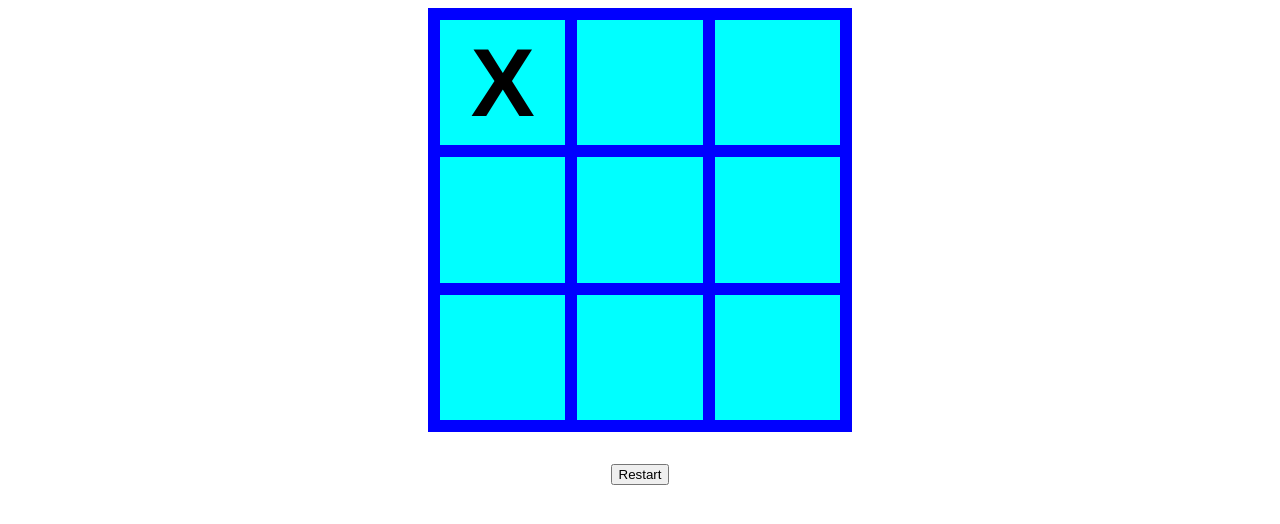
Repository: yeetzpxoci/tic-tac-toe
Page: index.html
An editor plug-in stored every save of this project. The page is shown before and after a run of saves, followed by the edit.
The browser window is 1280 px wide. The pictures show the whole page.
After loading, the first visible `div.square` was clicked once.

Above is the page before, as saved 2023-02-23 18:15:36.

After the next 2 saves:
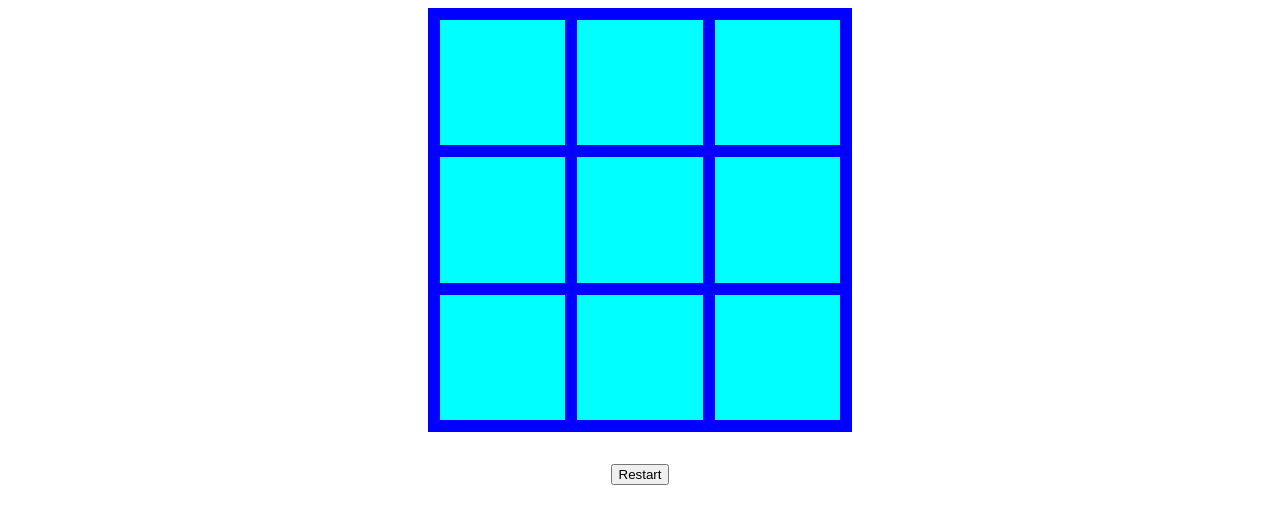
Console error: ReferenceError: Invalid left-hand side in assignment
The 2 saves are shown as one change because they came seconds apart.
The last was saved 92 s later.
--- a/script.js
+++ b/script.js
@@ -2,6 +2,10 @@
 
 const gameBoard = (() => {
     let gameBoard = ["", "", "", "", "", "", "", "", ""];
+
+    const playOn = (index) => {
+
+    }
 
     const resetBoard = () => {
         gameBoard = ["", "", "", "", "", "", "", "", ""];
@@ -29,12 +33,12 @@
     }
 
     return {
-        gameBoard, resetBoard, winner, checkWinner
+        gameBoard, playOn, resetBoard, winner, checkWinner
     };
 })();
 
 const players = (symbol) => {
-    const play = (index) => gameBoard.gameBoard[index] = symbol;
+    const play = (index) => gameBoard.playOn(index) = symbol;
     return {
         symbol, play
     };
@@ -62,7 +66,7 @@
     const restartGame = () => {
         turn = "X";
         gameBoard.resetBoard();
-        console.log(gameBoard.gameBoard); // should log an array of 9 empty strings
+        console.log(gameBoard.gameBoard);
         renderBoard();
         enableSquares();
     }

After the 2 saves that followed:
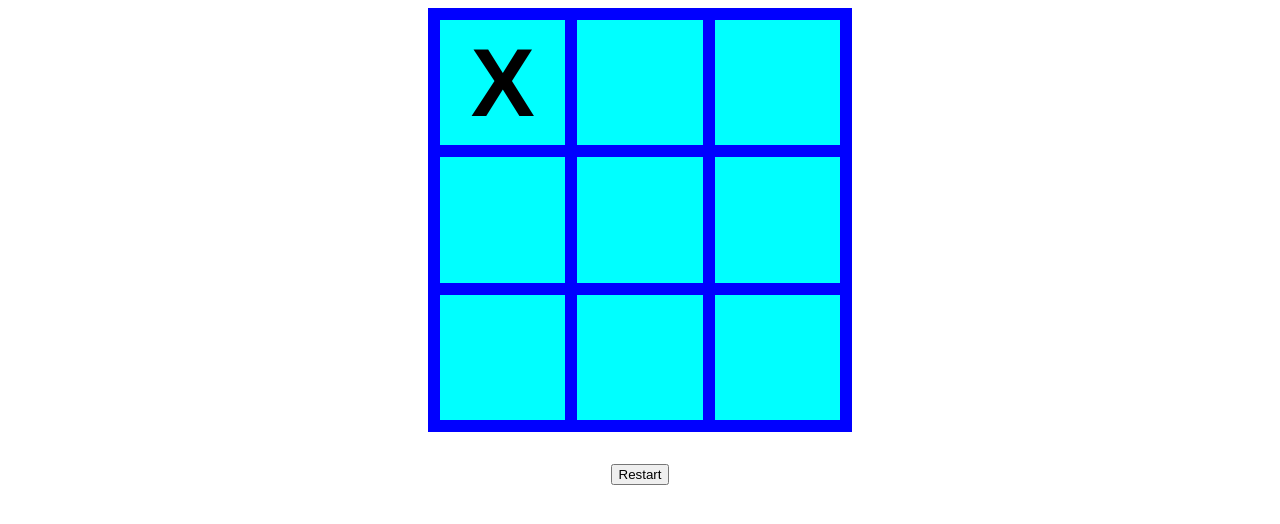
The error is gone.
The 2 saves are shown as one change because 1 left the picture as it was.
The last was saved 36 s later.
--- a/script.js
+++ b/script.js
@@ -3,8 +3,8 @@
 const gameBoard = (() => {
     let gameBoard = ["", "", "", "", "", "", "", "", ""];
 
-    const playOn = (index) => {
-
+    const playOn = (index, symbol) => {
+        gameBoard[index] = symbol
     }
 
     const resetBoard = () => {
@@ -38,7 +38,7 @@
 })();
 
 const players = (symbol) => {
-    const play = (index) => gameBoard.playOn(index) = symbol;
+    const play = (index) => gameBoard.playOn(index, symbol);
     return {
         symbol, play
     };
